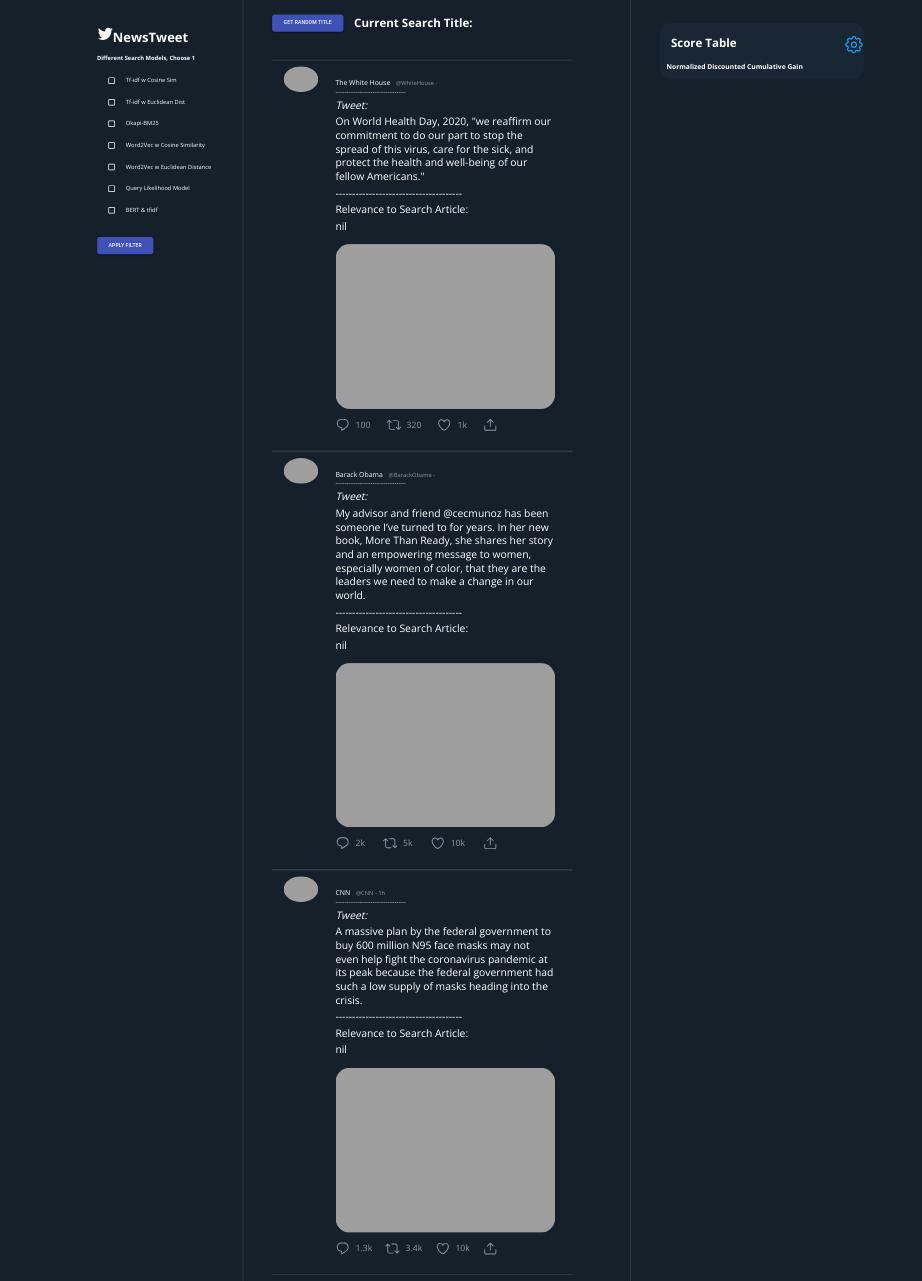
Repository: Dustyik/IR-tweets---disaster-
Page: / (app in Frontend/)
The author's editor kept a copy of each file at every save. The page is drawn from the files as they stood at one save, then again after the next save.
The browser window is 1280 px wide. The pictures show the whole page, at 72% of full size.
Pictures or frames that could not be fetched are drawn as grey boxes. The page's requests for data from a server got no answer. The project was rebuilt for these pictures with package versions that can differ from the ones it lists, and the page was loaded fresh each time. No one was signed in, and anything a server would have sent is missing. Also part of the build but not shown: Frontend/src/components/trending/Trend.js, Frontend/src/components/trending/FollowSuggestionCard.js, Frontend/src/styles/FollowList.css, Frontend/src/components/trending/FollowSuggestionsList.js, Frontend/src/components/StatusCard.js, Frontend/src/pages/Status.js, Frontend/src/components/profile/ProfileHead.js, Frontend/src/components/profile/ProfileDetails.js and 2 more.

Above is the page before, as saved 2021-08-10 15:40:28.

After the next save:
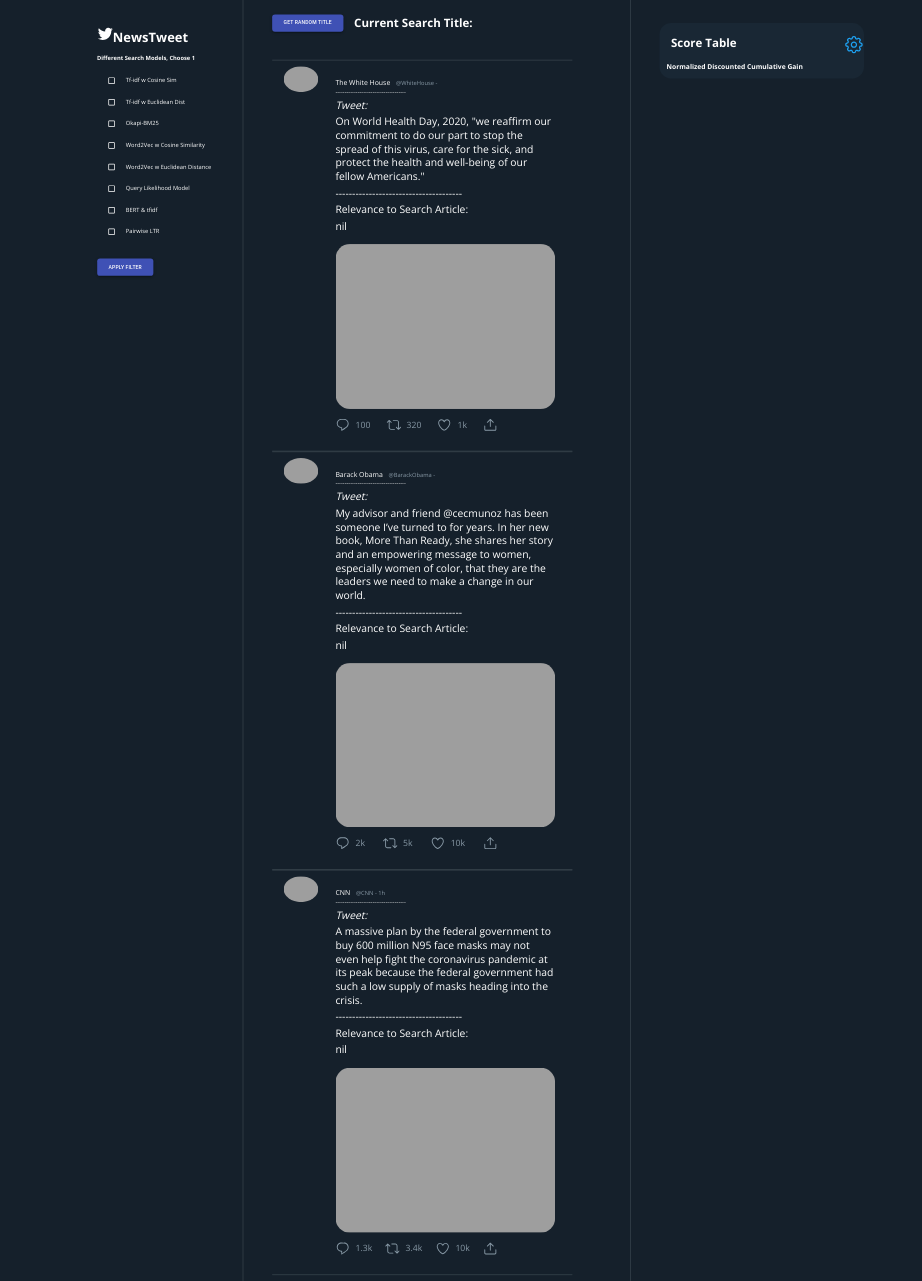
Saved 8 h 31 min later.
--- a/Frontend/src/components/Sidebar.js
+++ b/Frontend/src/components/Sidebar.js
@@ -14,7 +14,8 @@
                 "Word2Vec w Cosine Similarity",
                 "Word2Vec w Euclidean Distance",
                 "Query Likelihood Model",
-                "BERT & tfidf"
+                "BERT & tfidf",
+                "Pairwise LTR"
             ]
 
 export const Sidebar = () => {
